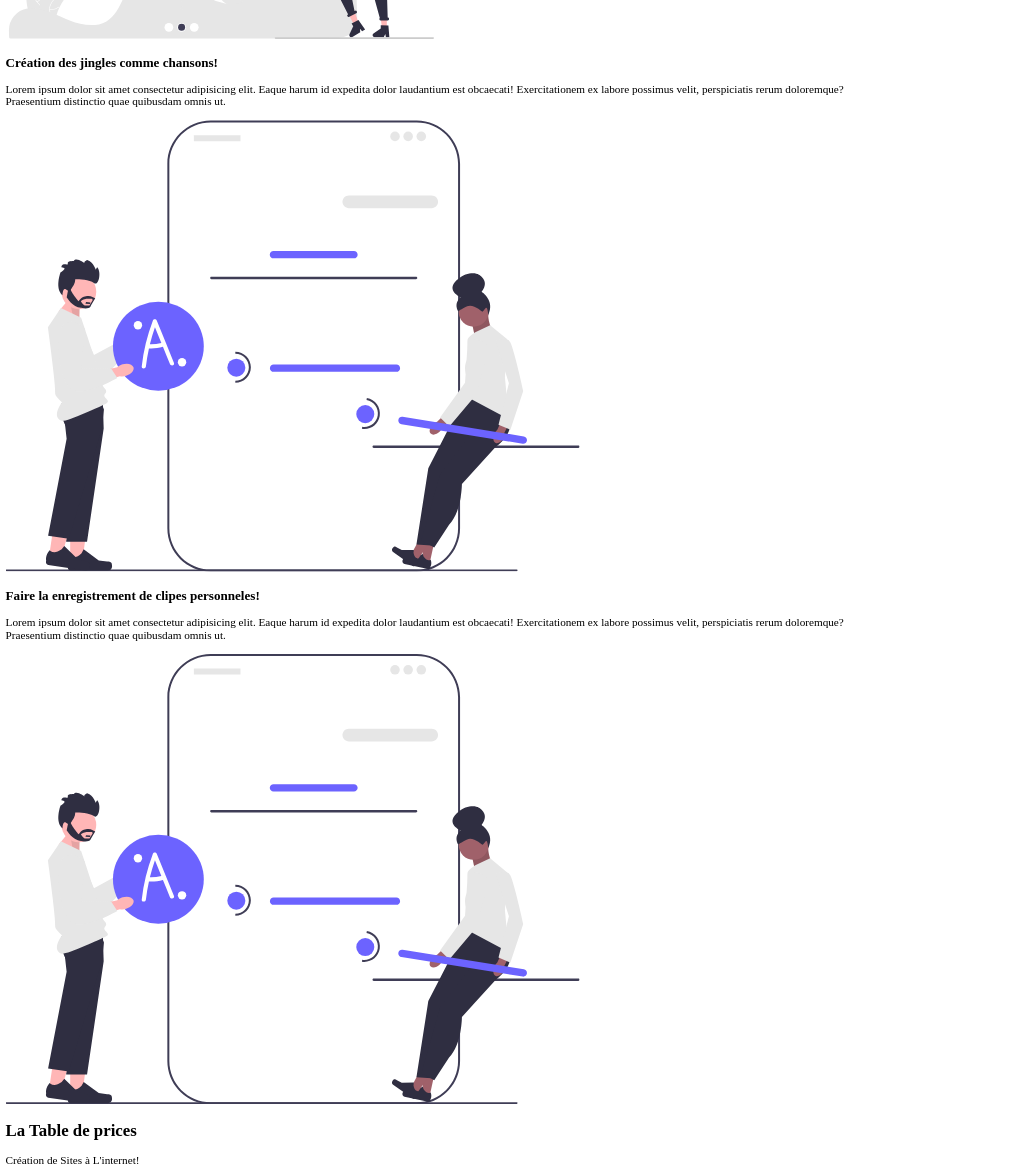
Repository: MarcioFreitasUFSC21/Proejct00
Page: ExampleSite/Assets/index2.html
An editor plug-in stored every save of this project. The page is shown before and after the next save, followed by the edit.
The browser window is 1280 px wide. The page is 1464 px wide, so the pictures cover 1464 px, including what lies to the right of the window. The pictures show the part of the page from y = 1832 to 3512 px (the page is 3512 px tall before and 3488 px after), at 70% of full size.

Above is the page before, as saved 2023-03-18 17:55:58.

After the next save:
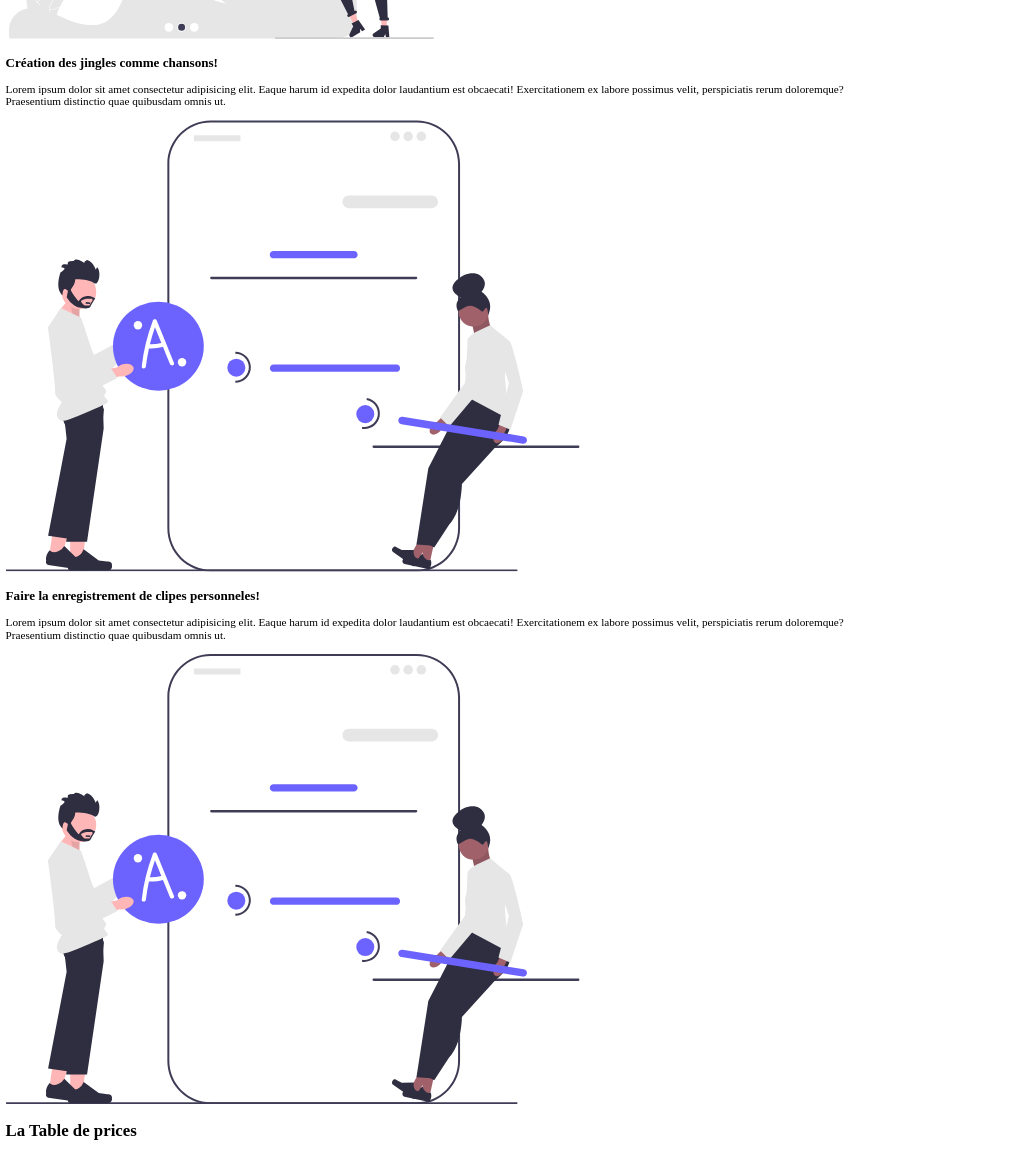
Saved 4 s later.
--- a/ExampleSite/Assets/index2.html
+++ b/ExampleSite/Assets/index2.html
@@ -68,7 +68,7 @@
                 </thead>
                 <tbody>
                     <tr>
-                        <td></td>Création de Sites à L'internet! </td>
+                        <Création></Création de Sites à L'internet! </td>
                     </tr>
                 </tbody>
             </table>
